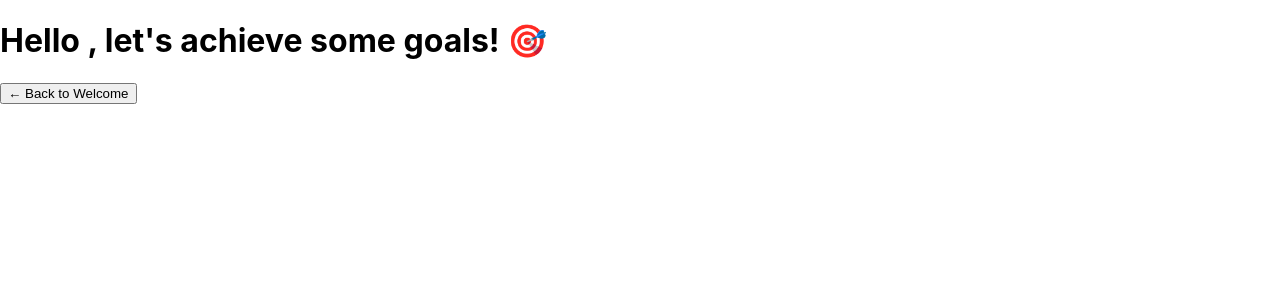
Repository: RachelB9913/smart-task-and-habit-tracker
Page: /dashboard
These files come from the project's save history. The page is drawn as it stood at one moment and after the next save; the edit follows.
The browser window is 1280 px wide. The pictures show the whole page.
The project was rebuilt for these pictures with package versions that can differ from the ones it lists, and the page was loaded fresh each time. Also part of the build but not shown: src/App.css, src/components/PageWrapper.js, src/components/welcome.js, src/services/api.js, src/components/Login.js, src/components/Auth.css, src/components/Register.js.

Above is the page before, as saved 2025-06-18 18:07:53.

After the next save:
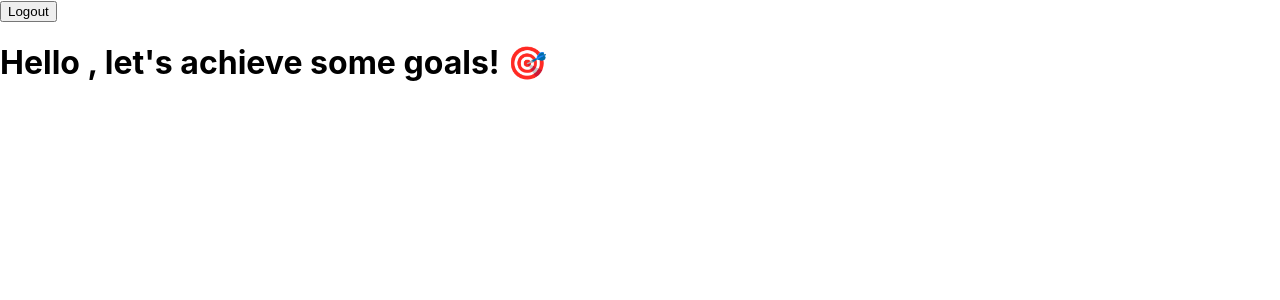
Saved 6 min 14 s later.
--- a/src/components/DashBoard.js
+++ b/src/components/DashBoard.js
@@ -13,14 +13,20 @@ export default function Dashboard() {
     }
   }, []);
 
-  return (
-    <div className="dashboard-container">
-      <h1>Hello {username}, let's achieve some goals! 🎯</h1>
-      <button
-        onClick={() => navigate("/")}
-        className="mt-4 py-2 px-4 bg-indigo-600 text-white rounded hover:bg-indigo-700 transition">
-        ← Back to Welcome
-      </button>
-    </div>
-  );
+  const handleLogout = () => {
+    localStorage.removeItem("username");
+    navigate("/");
+  };
+
+    return (
+        <div className="dashboard-container">
+        <header className="dashboard-header">
+            <button onClick={handleLogout}>Logout</button>
+        </header>
+
+        <main>
+            <h1>Hello {username}, let's achieve some goals! 🎯</h1>
+        </main>
+        </div>
+    );
 }
